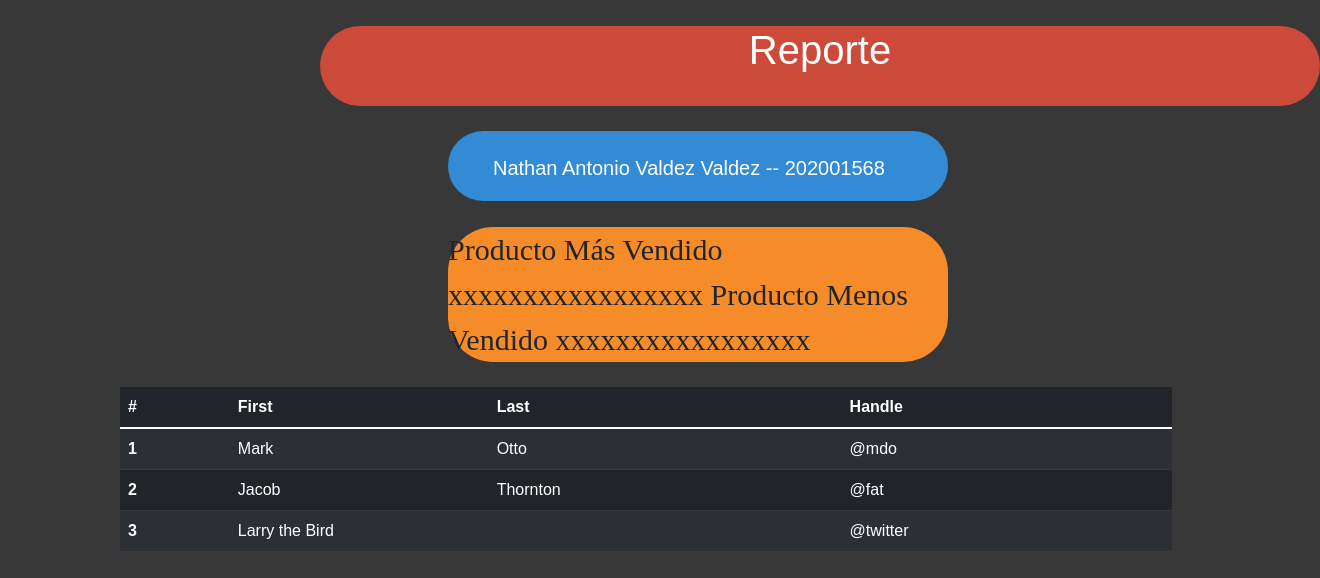
Repository: nathanvdev/LFP_PR_202001568
Page: plantilla.html
The author's editor kept a copy of each file at every save. The page is drawn from the files as they stood at one save, then again after the next save.
The browser window is 1280 px wide. The page is 1320 px wide, so the pictures cover 1320 px, including what lies to the right of the window. The pictures show the whole page.

Above is the page before, as saved 2022-02-19 19:19:07.

### plantilla.html

<!DOCTYPE html>
<html lang="en">
<head>
    <meta charset="UTF-8">
    <meta http-equiv="X-UA-Compatible" content="IE=edge">
    <meta name="viewport" content="width=device-width, initial-scale=1.0">
    <link href="https://cdn.jsdelivr.net/npm/bootstrap@5.1.3/dist/css/bootstrap.min.css" rel="stylesheet" integrity="sha384-1BmE4kWBq78iYhFldvKuhfTAU6auU8tT94WrHftjDbrCEXSU1oBoqyl2QvZ6jIW3" crossorigin="anonymous">
    <title>Document</title>
</head>
<style>
    body{
        font-family: sans-serif;
    }
    .titlebox{
        background-color: rgb(204, 74, 57);
        height: 80px;
        width: 1000px;
        margin: 2%;
        margin-left: 25%;
        border-radius: 45px;

        text-align: center;
        display: flex;
        justify-content: center;
    }
    .PersonalInfo{
        background-color: rgb(50, 139, 212);
        height: 70px;
        width: 500px;
        margin: 2%;
        margin-top: 0px;
        margin-left: 35%;
        border-radius: 45px;

    }
    .tabla{
        width: 90%;
        height: auto;
        margin: 20px;
        padding-left: 100px;

    }
    .Datos{
        background-color: rgb(246, 140, 41);
        height: auto;
        width: 500px;
        margin: 2%;
        margin-top: 0px;
        margin-left: 35%;
        border-radius: 45px;
    }
    .productos{
        font-size: 30px;
        font-family: 'Times New Roman', Times, serif;
    }
</style>
<body style="background-color: rgb(56, 56, 56);">
    <div class="titlebox">
        <h1 style="color: white;">Reporte</h1>
    </div>
    <div class="PersonalInfo">
        <h3 style="color: white;
        margin: 5%; float: left; font-size: 20px; padding-left: 20px;">
            Nathan Antonio Valdez Valdez  --  202001568
        </h3>
    </div>

    <div class="Datos">
        <div class="productos">
            Producto Más Vendido
            xxxxxxxxxxxxxxxxx
            Producto Menos Vendido
            xxxxxxxxxxxxxxxxx
        </div>
    </div>

    <div class="tabla">
    <table class="table table-dark table-striped">
        <thead>
          <tr>
            <th scope="col">#</th>
            <th scope="col">First</th>
            <th scope="col">Last</th>
            <th scope="col">Handle</th>
          </tr>
        </thead>
        <tbody>
          <tr>
            <th scope="row">1</th>
            <td>Mark</td>
            <td>Otto</td>
            <td>@mdo</td>
          </tr>
          <tr>
            <th scope="row">2</th>
            <td>Jacob</td>
            <td>Thornton</td>
            <td>@fat</td>
          </tr>
          <tr>
            <th scope="row">3</th>
            <td colspan="2">Larry the Bird</td>
            <td>@twitter</td>
          </tr>
        </tbody>
      </table>
    </div>
</body>
</html>

After the next save:
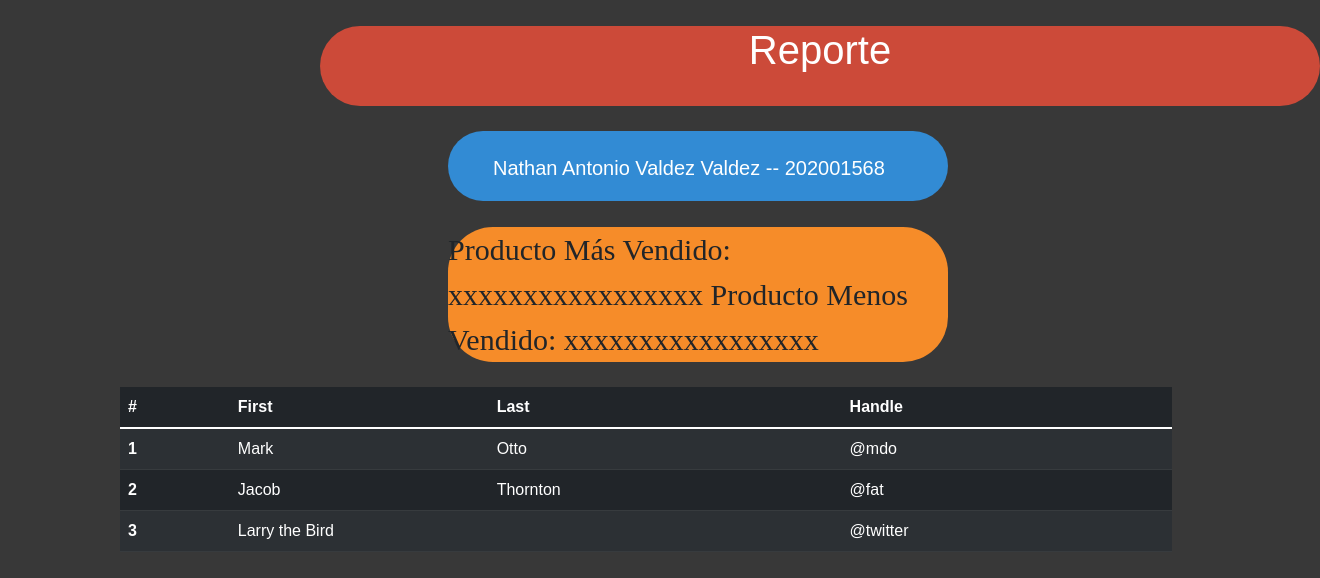
Saved 42 s later.
--- a/plantilla.html
+++ b/plantilla.html
@@ -53,6 +53,7 @@
     .productos{
         font-size: 30px;
         font-family: 'Times New Roman', Times, serif;
+
     }
 </style>
 <body style="background-color: rgb(56, 56, 56);">
@@ -68,9 +69,10 @@
 
     <div class="Datos">
         <div class="productos">
-            Producto Más Vendido
+            Producto Más Vendido:
             xxxxxxxxxxxxxxxxx
-            Producto Menos Vendido
+            <a></a>
+            Producto Menos Vendido:
             xxxxxxxxxxxxxxxxx
         </div>
     </div>
